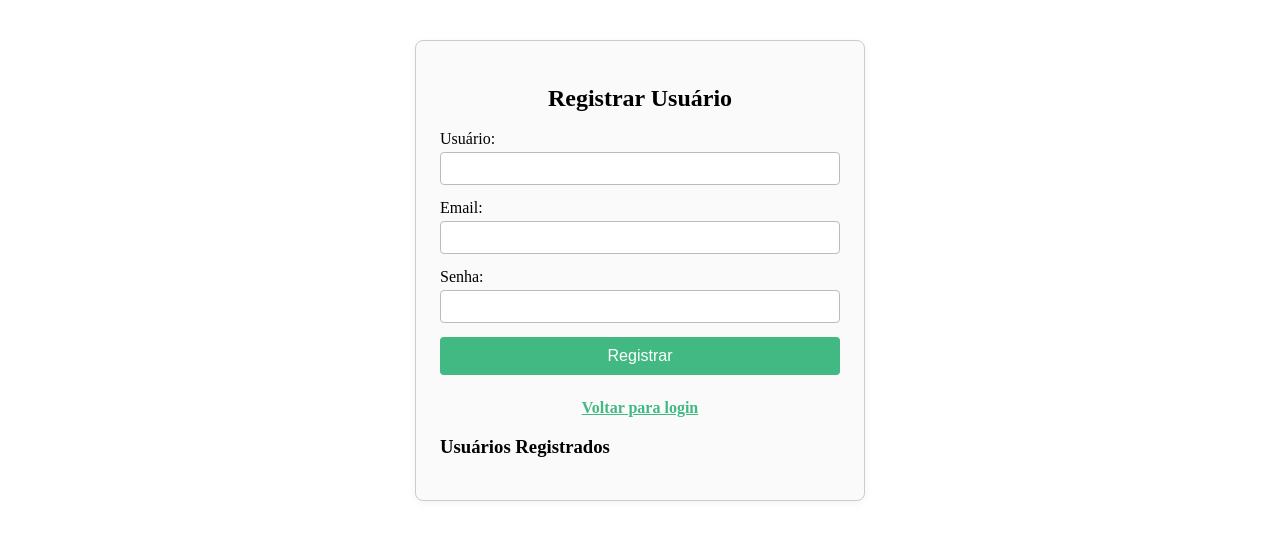
Repository: MuriloColleti/Project-vue
Page: /register
The author's editor kept a copy of each file at every save. The page is drawn from the files as they stood at one save, then again after the next save.
The browser window is 1280 px wide. The pictures show the whole page.
The project was rebuilt for these pictures with package versions that can differ from the ones it lists, and the page was loaded fresh each time. Also part of the build but not shown: vite.config.js, src/pages/Login.vue.

Above is the page before, as saved 2025-09-20 17:06:14.

After the next save:
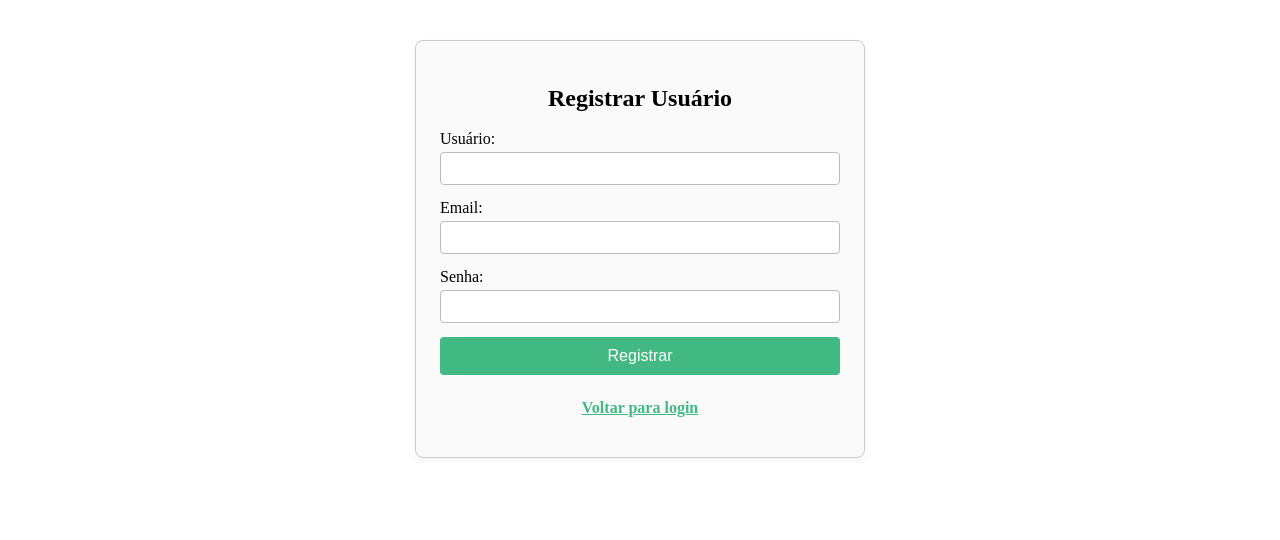
Saved 14 s later.
--- a/src/pages/Register.vue
+++ b/src/pages/Register.vue
@@ -19,7 +19,6 @@
     <p v-if="registerError" class="error">{{ registerError }}</p>
     <p v-if="registerSuccess" class="success">{{ registerSuccess }}</p>
     <router-link to="/login" class="login-link">Voltar para login</router-link>
-    <h3>Usuários Registrados</h3>
     <ul></ul>
   </div>
 </template>
